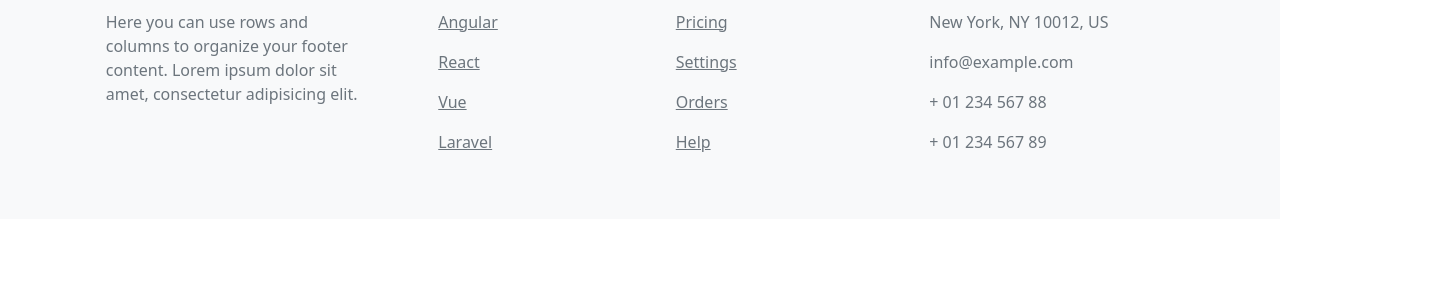
Repository: Williamlmachado/Desafio-Landing-page
Page: index.html
The author's editor kept a copy of each file at every save. The page is drawn from the files as they stood at one save, then again after the next save.
The browser window is 1280 px wide. The page is 1280 px wide, then 1449 px, so the pictures cover 1449 px, including what lies to the right of the window. The pictures show the whole page.

Above is the page before, as saved 2021-11-06 15:42:18.

### index.html
<!DOCTYPE html>
<html lang="en">

<head>
  <meta charset="UTF-8">
  <meta http-equiv="X-UA-Compatible" content="IE=edge">
  <meta name="viewport" content="width=device-width, initial-scale=1.0">
  <link href="https://cdn.jsdelivr.net/npm/bootstrap@5.1.3/dist/css/bootstrap.min.css" rel="stylesheet"
    integrity="sha384-1BmE4kWBq78iYhFldvKuhfTAU6auU8tT94WrHftjDbrCEXSU1oBoqyl2QvZ6jIW3" crossorigin="anonymous">
  <link rel="stylesheet" href="style.css">
  <script src="https://cdn.jsdelivr.net/npm/bootstrap@5.1.3/dist/js/bootstrap.bundle.min.js"
    integrity="sha384-ka7Sk0Gln4gmtz2MlQnikT1wXgYsOg+OMhuP+IlRH9sENBO0LRn5q+8nbTov4+1p"
    crossorigin="anonymous"></script>
  <title>Document</title>

<body>
  <nav class="navbar navbar-expand-lg navbar-light bg-light">
    <a class="navbar-brand" href="#">
      <img src="img/Group 54.svg" alt="logo">    Logoipsum
    </a>
    <button class="navbar-toggler" type="button" data-toggle="collapse" data-target="#navbarNav" aria-controls="navbarNav" aria-expanded="false" aria-label="Toggle navigation">
      <span class="navbar-toggler-icon"></span>
    </button>
    <nav>
    <div class="collapse navbar-collapse" id="navbarNav">
      <ul class="navbar-nav">
      <nav class="navbar-nav ml-auto">
        <li class="nav-item">
          <a class="nav-link disabled" href="#">Home <span class="sr-only"></span></a>
        </li>
        <li class="nav-item">
          <a class="nav-link disabled" href="#">Quem Somos</a>
        </li>
        <li class="nav-item-right">
          <a class="nav-link disabled" href="#">Plano</a>
        </li>
        <li class="nav-item">
          <a class="nav-link disabled" href="#">Fale Conosco</a>
        </li>
        <li class="nav-item">
          <button class="nav-button" type="button">Enter</button>
        </li>
      </nav>
      </ul>
    </div>
  </nav>

</body>
<footer id="footer" class="text-center text-lg-start bg-light text-muted">
  <!-- Section: Social media -->
  <section
    class="d-flex justify-content-center justify-content-lg-between p-4 border-bottom"
  >
    <!-- Left -->
    <div class="me-5 d-none d-lg-block">
      <span>Get connected with us on social networks:</span>
    </div>
    <!-- Left -->

    <!-- Right -->
    <div>
      <a href="" class="me-4 text-reset">
        <i class="fab fa-facebook-f"></i>
      </a>
      <a href="" class="me-4 text-reset">
        <i class="fab fa-twitter"></i>
      </a>
      <a href="" class="me-4 text-reset">
        <i class="fab fa-google"></i>
      </a>
      <a href="" class="me-4 text-reset">
        <i class="fab fa-instagram"></i>
      </a>
      <a href="" class="me-4 text-reset">
        <i class="fab fa-linkedin"></i>
      </a>
      <a href="" class="me-4 text-reset">
        <i class="fab fa-github"></i>
      </a>
    </div>
    <!-- Right -->
  </section>
  <!-- Section: Social media -->

  <!-- Section: Links  -->
  <section class="">
    <div class="container text-center text-md-start mt-5">
      <!-- Grid row -->
      <div class="row mt-3">
        <!-- Grid column -->
        <div class="col-md-3 col-lg-4 col-xl-3 mx-auto mb-4">
          <!-- Content -->
          <h6 class="text-uppercase fw-bold mb-4">
            <i class="fas fa-gem me-3"></i>Company name
          </h6>
          <p>
            Here you can use rows and columns to organize your footer content. Lorem ipsum
            dolor sit amet, consectetur adipisicing elit.
          </p>
        </div>
        <!-- Grid column -->

        <!-- Grid column -->
        <div class="col-md-2 col-lg-2 col-xl-2 mx-auto mb-4">
          <!-- Links -->
          <h6 class="text-uppercase fw-bold mb-4">
            Products
          </h6>
          <p>
            <a href="#!" class="text-reset">Angular</a>
          </p>
          <p>
            <a href="#!" class="text-reset">React</a>
          </p>
          <p>
            <a href="#!" class="text-reset">Vue</a>
          </p>
          <p>
            <a href="#!" class="text-reset">Laravel</a>
          </p>
        </div>
        <!-- Grid column -->

        <!-- Grid column -->
        <div class="col-md-3 col-lg-2 col-xl-2 mx-auto mb-4">
          <!-- Links -->
          <h6 class="text-uppercase fw-bold mb-4">
            Useful links
          </h6>
          <p>
            <a href="#!" class="text-reset">Pricing</a>
          </p>
          <p>
            <a href="#!" class="text-reset">Settings</a>
          </p>
          <p>
            <a href="#!" class="text-reset">Orders</a>
          </p>
          <p>
            <a href="#!" class="text-reset">Help</a>
          </p>
        </div>
        <!-- Grid column -->

        <!-- Grid column -->
        <div class="col-md-4 col-lg-3 col-xl-3 mx-auto mb-md-0 mb-4">
          <!-- Links -->
          <h6 class="text-uppercase fw-bold mb-4">
            Contact
          </h6>
          <p><i class="fas fa-home me-3"></i> New York, NY 10012, US</p>
          <p>
            <i class="fas fa-envelope me-3"></i>
            info@example.com
          </p>
          <p><i class="fas fa-phone me-3"></i> + 01 234 567 88</p>
          <p><i class="fas fa-print me-3"></i> + 01 234 567 89</p>
        </div>
        <!-- Grid column -->
      </div>
      <!-- Grid row -->
    </div>
  </section>
</footer>
</head>
</html>

### style.css

.nav-button{
    display: flex;
    flex-direction: row;
    justify-content: center;
    align-items: center;
    padding: 15px 116px;

    width: 133px;
    height: 43px;
    left: 1239px;
    top: 18px;

    /* Primary */
    background: #252160;

    /* Branco */
    border: 1px solid #FFFFFF;
    box-sizing: border-box;
    border-radius: 6px;
    color: #FFFFFF;
}

.nav-home{
    position: absolute;
    width: 46px;
    height: 22px;
    left: 5px;
    top: 0px;

    font-family: Inter;
    font-style: normal;
    font-weight: bold;
    font-size: 16px;
    line-height: 22px;

    /* identical to box height, or 137% */

    /* Primary */
    color: #252160;
}

.navbrad-brand{
    position: absolute;
    left: 58.02%;
    right: 35.2%;
    top: 34.99%;
    bottom: 29.03%;

    /* Primary */
    background: #252160;
}

.nav-item-right{
    padding: 0 18px;
}

#footer{
    position: absolute;
    width: 100%;
    height: 373px;
    /* left: calc(50% - 1449px/2 + 4.5px);
    top: calc(50% - 373px/2 + 2603.5px); */

    /* Branco */
    background: #FFFFFF;
    }

After the next save:
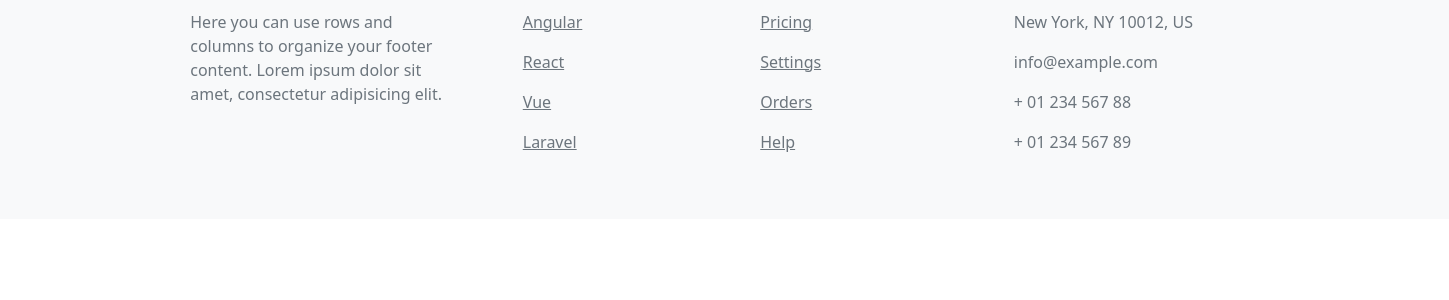
Saved 33 s later.
--- a/style.css
+++ b/style.css
@@ -57,7 +57,7 @@
 
 #footer{
     position: absolute;
-    width: 100%;
+    width: 1449px;
     height: 373px;
     /* left: calc(50% - 1449px/2 + 4.5px);
     top: calc(50% - 373px/2 + 2603.5px); */
